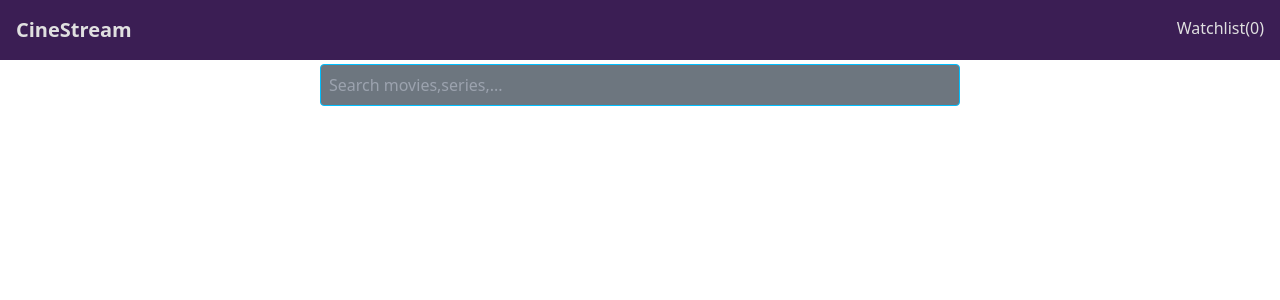
Repository: Reshmashameem31/Cine-Stream
Page: / (app in movie-project/)
An editor plug-in stored every save of this project. The page is shown before and after the next save, followed by the edit.
The browser window is 1280 px wide. The pictures show the whole page.
The project was rebuilt for these pictures with package versions that can differ from the ones it lists, and the page was loaded fresh each time. Also part of the build but not shown: movie-project/vite.config.js, movie-project/src/pages/WatchList.jsx.

Above is the page before, as saved 2025-08-15 16:25:41.

### movie-project/src/App.jsx
import {BrowserRouter,Routes,Route} from 'react-router-dom'

import { useState } from 'react'
import Navbar from './pages/Navbar'
import Watchlist from './pages/WatchList'
import Home from './pages/Home'
function App() {
  const [count, setCount] = useState(0)

  return (

    <BrowserRouter>

    <Navbar/>
    <Routes>
      <Route path='/' element={<Home/>}></Route>
        <Route path='/watchlist' element={<Watchlist/>}></Route>
    </Routes>
    </BrowserRouter>
  )
}

export default App

### movie-project/src/pages/Navbar.jsx
import React from 'react'
import { Link } from 'react-router-dom'

const Navbar = () => {
  return (
    <nav className='p-4 bg-[#3B1E54] text-[#E0E0E0]  flex justify-between fixed w-full top-0'>
      <Link to="/" className='font-bold text-xl hover:text-[#00E5FF] '>CineStream</Link>
      <Link to="/watchlist" className='text-l hover:text-[#00E5FF]'>Watchlist(0)</Link>
    </nav>
  )
}

export default Navbar

### movie-project/src/pages/Home.jsx
import React from 'react'

const Home = () => {
  return (
    <div className='p-4 pt-16 '>
        <input type='text' placeholder='Search movies,series,...'
         className='p-2 w-3/4 md:w-1/2 border rounded border-[#00BFFF]
          bg-[#0D1B2A] bg-opacity-60 backdrop-blur-md text-white fixed  left-1/4  top-16' />
        <div className='movies-container'></div>
        <div className='pagination-container'></div>

    </div>
  )
}

export default Home

Loaded but not shown: movie-project/index.html (common file); movie-project/src/main.jsx (common file); movie-project/src/index.css (common file); movie-project/tailwind.config.js (common file)

After the next save:
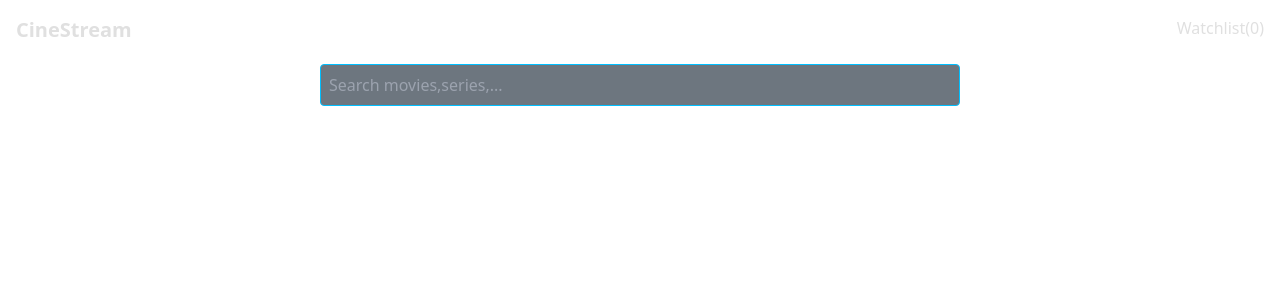
Saved 74 min 22 s later.
--- a/movie-project/src/pages/Navbar.jsx
+++ b/movie-project/src/pages/Navbar.jsx
@@ -3,7 +3,7 @@ import { Link } from 'react-router-dom'
 
 const Navbar = () => {
   return (
-    <nav className='p-4 bg-[#3B1E54] text-[#E0E0E0]  flex justify-between fixed w-full top-0'>
+    <nav className='p-4 bg-[#] text-[#E0E0E0]  flex justify-between fixed w-full top-0'>
       <Link to="/" className='font-bold text-xl hover:text-[#00E5FF] '>CineStream</Link>
       <Link to="/watchlist" className='text-l hover:text-[#00E5FF]'>Watchlist(0)</Link>
     </nav>
